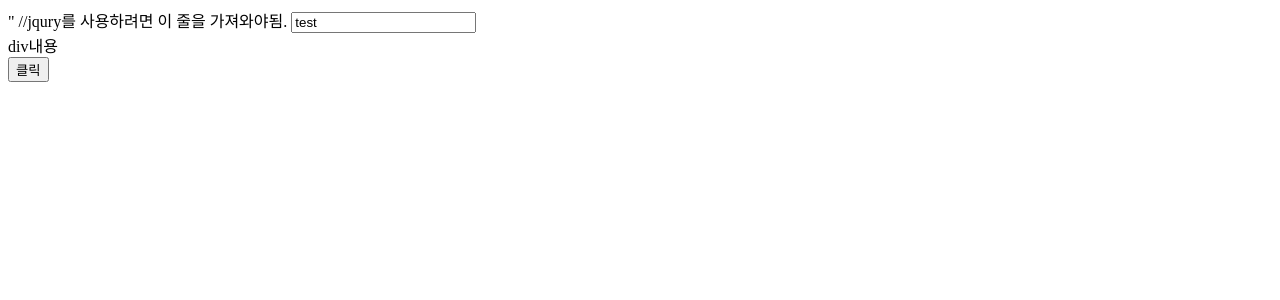
Repository: GTEM0/Acorn-classEdue2-java2-
Page: ajaxPrj_09_6/src/main/webapp/jquery1.html
These files come from the project's save history. The page is drawn as it stood at one moment and after the next save; the edit follows.
The browser window is 1280 px wide. The pictures show the whole page.

Above is the page before, as saved 2023-09-06 01:27:59.

### ajaxPrj_09_6/src/main/webapp/jquery1.html
<!DOCTYPE html>
<html>

<head>
	<meta charset="UTF-8">
	<title>Insert title here</title>
	<script src="http://ajax.googleapis.com/ajax/libs/jquery/3.7.0/jquery.min.js"></script>" //jqury를 사용하려면 이 줄을 가져와야됨.
</head>

<script>
	function check() {


		//자바스크립트에서는 하단처럼 사용하지만 제이쿼리에서는 하하단처럼 사용한다
		//document.getElementById("userid").value
		//document.getElementById("userid").value = "새로운 내용"
		//document.querySelector("#userid")
		//document.querySelector("#userid").innerHTML
		//document.querySelector("#userid").innerHTML = "새로운 div 내용"
		let useridT = $("#suerid");
		alert(useridT);

		let contents = $("#userid").val();
		alert(contents);
		$("#userid").val("새로운 내용");

		let contents2 = $("#wrap").html();
		alert(contents2);
		$("#wrap").html("새로운 div 내용");

	}

</script>

<body>


	<input type="text" id="userid" value="test">
	<div id ="wrap">div내용</div>
	<button>클릭</button>


</body>

</html>

After the next save:
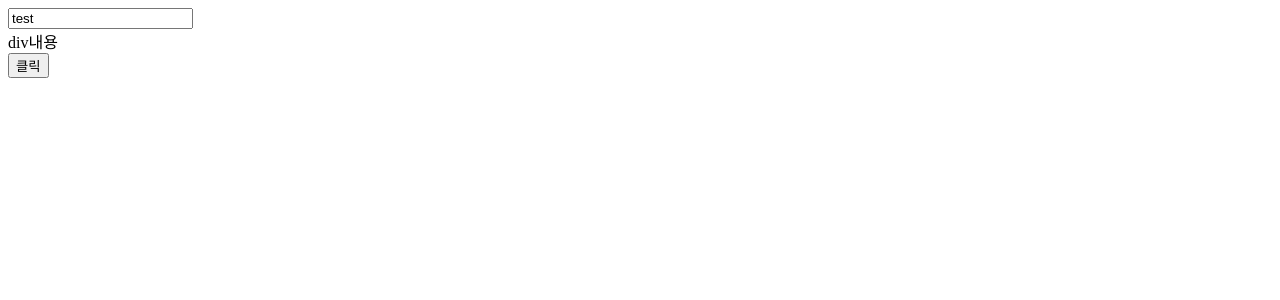
Saved 35 s later.
--- a/ajaxPrj_09_6/src/main/webapp/jquery1.html
+++ b/ajaxPrj_09_6/src/main/webapp/jquery1.html
@@ -4,7 +4,8 @@
 <head>
 	<meta charset="UTF-8">
 	<title>Insert title here</title>
-	<script src="http://ajax.googleapis.com/ajax/libs/jquery/3.7.0/jquery.min.js"></script>" //jqury를 사용하려면 이 줄을 가져와야됨.
+<!--	 //jqury를 사용하려면 이 줄을 가져와야됨.-->
+	<script src="http://ajax.googleapis.com/ajax/libs/jquery/3.7.0/jquery.min.js"></script>
 </head>
 
 <script>
